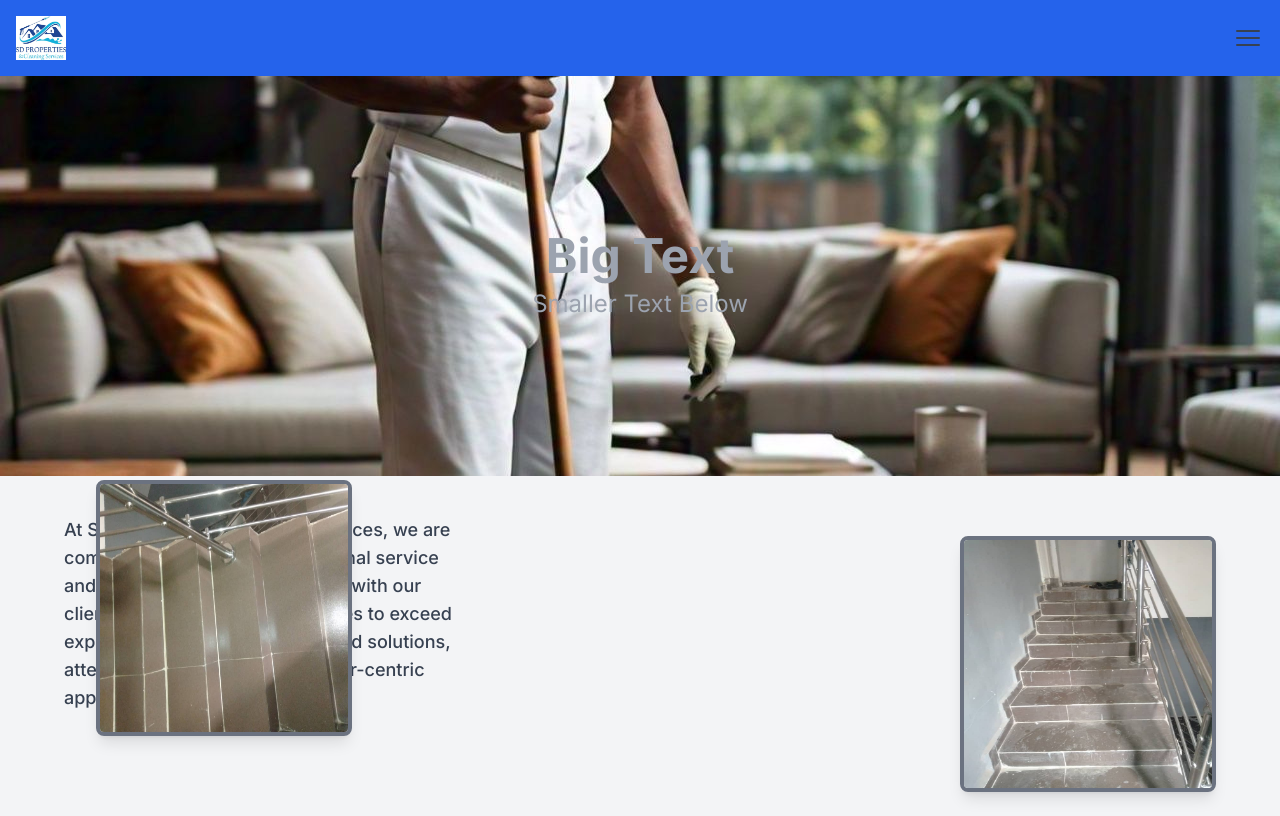
Repository: devmskhan/sdpropandclean
Page: /
These files come from the project's save history. The page is drawn as it stood at one moment and after a run of saves; the edit follows.
The browser window is 1280 px wide. The pictures show the whole page.
The project was rebuilt for these pictures with package versions that can differ from the ones it lists, and the page was loaded fresh each time. The framework's server and built-in components were replaced by stand-ins that run in the browser. Also part of the build but not shown: next.config.mjs.

Above is the page before, as saved 2024-09-03 12:30:36.

After the next 6 saves:
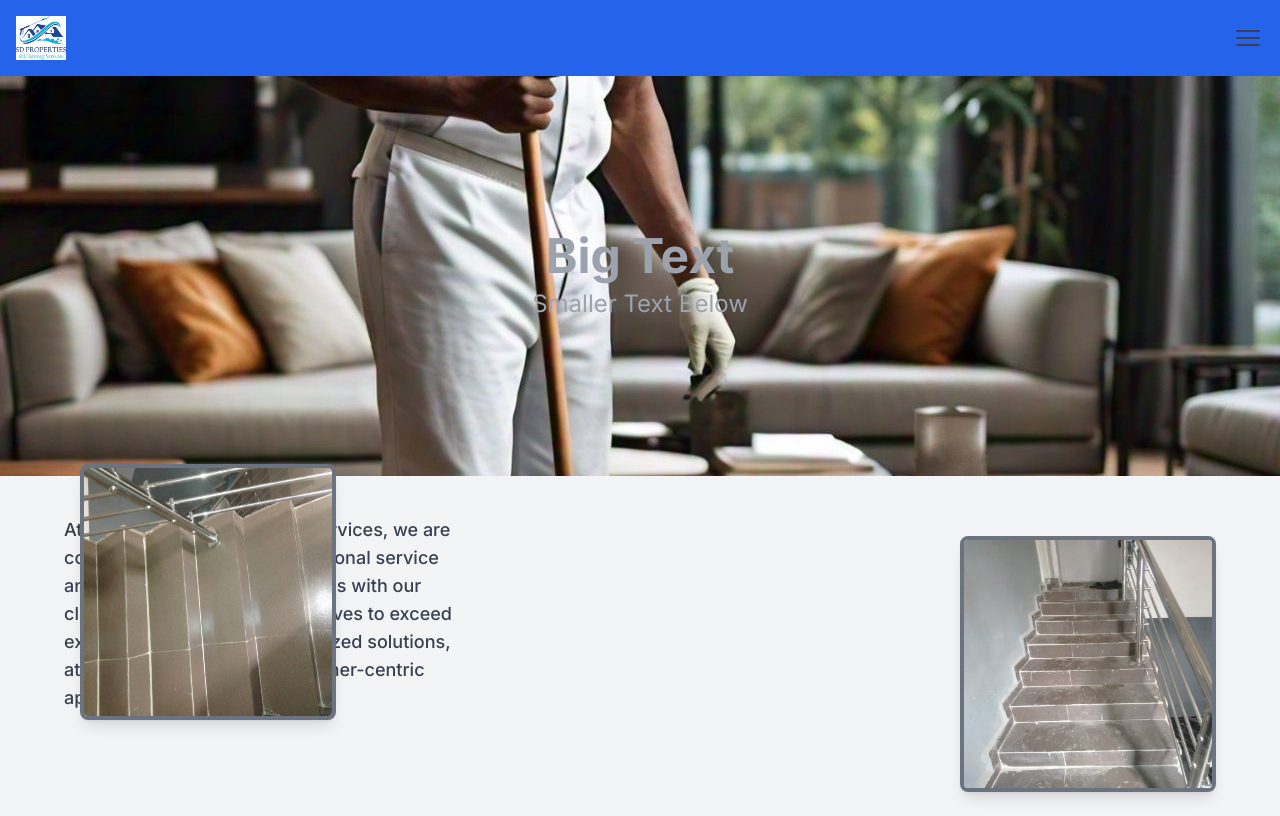
The 6 saves are shown as one change because they came seconds apart.
The last was saved 21 s later.
--- a/components/Body.tsx
+++ b/components/Body.tsx
@@ -30,7 +30,7 @@ function Body() {
   </div>
   <div className="mt-4 mr-10">
   <img src="stairsb.jpg" alt="Top Image" className="mt-5 w-64 h-64 rounded-lg shadow-lg border-gray-500 border-solid border-4" />
-  <img src="stairsaft.jpg" alt="Bottom Image" className="mt-5 ml-20 absolute bottom-0 left-0 w-64 h-64 rounded-lg shadow-lg transform translate-x-4 translate-y-4 border-gray-500 border-solid border-4" />
+  <img src="stairsaft.jpg" alt="Bottom Image" className="mt-5 ml-20 absolute bottom-0 left-0 w-64 h-64 rounded-lg shadow-lg border-gray-500 border-solid border-4" />
   </div>
 </div>
 
